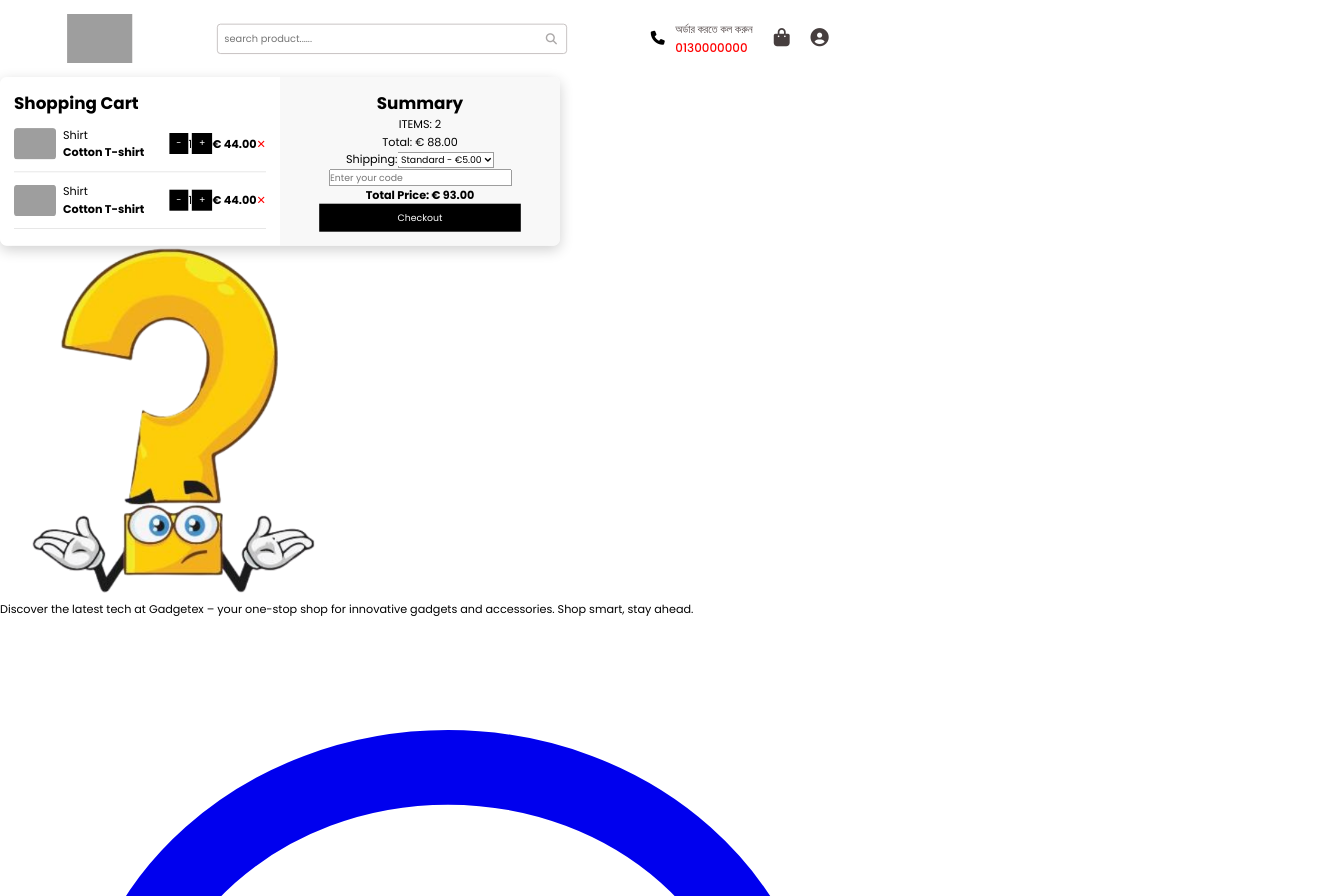
Repository: saifscripts/accessories-mart
Page: /cart
An editor plug-in stored every save of this project. The page is shown before and after the next save, followed by the edit.
The browser window is 1280 px wide. The page is 3000 px wide, then 2140 px, so the pictures cover 1920 px, including what lies to the right of the window. The pictures show the part of the page from y = 0 to 1280 px (the page is 7493 px tall before and 9213 px after), at 70% of full size.
Pictures or frames that could not be fetched are drawn as grey boxes. The page's requests for data from a server got no answer. The project was rebuilt for these pictures with package versions that can differ from the ones it lists, and the page was loaded fresh each time. No one was signed in, and anything a server would have sent is missing. Also part of the build but not shown: vite.config.js, src/App.jsx, src/components/Hero.jsx, src/components/Products.jsx, src/components/Loader.jsx, src/components/ProductSection.jsx, src/components/ProductsByClass.jsx, src/pages/Home.jsx and 2 more. Imported but missing from the stored project, and not drawn on this page: src/context/CartContext.

Above is the page before, as saved 2025-03-17 01:50:09.

### index.html
<!doctype html>
<html lang="en">

<head>
  <meta charset="UTF-8" />
  <link rel="icon" type="image/svg+xml" href="logo.png" />
  <meta name="viewport" content="width=device-width, initial-scale=1.0" />
  <title>ভাই দাম কত ?</title>
  <!-- Carousel -->
  <link rel="stylesheet" href="https://cdnjs.cloudflare.com/ajax/libs/OwlCarousel2/2.3.4/assets/owl.carousel.min.css"
    integrity="sha512-tS3S5qG0BlhnQROyJXvNjeEM4UpMXHrQfTGmbQ1gKmelCxlSEBUaxhRBj/EFTzpbP4RVSrpEikbmdJobCvhE3g=="
    crossorigin="anonymous" referrerpolicy="no-referrer" />
  <link rel="stylesheet"
    href="https://cdnjs.cloudflare.com/ajax/libs/OwlCarousel2/2.3.4/assets/owl.theme.default.min.css"
    integrity="sha512-sMXtMNL1zRzolHYKEujM2AqCLUR9F2C4/05cdbxjjLSRvMQIciEPCQZo++nk7go3BtSuK9kfa/s+a4f4i5pLkw=="
    crossorigin="anonymous" referrerpolicy="no-referrer" />
  <!-- === font-awesome icon CDN === -->
  <link rel="stylesheet" href="https://cdnjs.cloudflare.com/ajax/libs/font-awesome/6.7.2/css/all.min.css"
    integrity="sha512-Evv84Mr4kqVGRNSgIGL/F/aIDqQb7xQ2vcrdIwxfjThSH8CSR7PBEakCr51Ck+w+/U6swU2Im1vVX0SVk9ABhg=="
    crossorigin="anonymous" referrerpolicy="no-referrer" />
</head>

<body>
  <div id="root"></div>
  <script type="module" src="/src/main.jsx"></script>
  <!-- =======Jquery ======== -->
  <script src="https://cdnjs.cloudflare.com/ajax/libs/jquery/3.7.1/jquery.min.js"
    integrity="sha512-v2CJ7UaYy4JwqLDIrZUI/4hqeoQieOmAZNXBeQyjo21dadnwR+8ZaIJVT8EE2iyI61OV8e6M8PP2/4hpQINQ/g=="
    crossorigin="anonymous" referrerpolicy="no-referrer"></script>

</body>

</html>

### src/main.jsx
import { StrictMode } from 'react'
import { createRoot } from 'react-dom/client'
import './index.css'
import App from './App.jsx'
import {
  createBrowserRouter,
  RouterProvider,
} from "react-router-dom";
import Home from './pages/Home.jsx';
import Single from './pages/Single.jsx';
import MainLayout from './layout/MainLayout.jsx';
import ScrollToTop from './components/ScrollToTop.jsx';
import Cart from './pages/Cart.jsx';

const router = createBrowserRouter([
  {
    path: "/",
    element: <MainLayout />,
    children: [
      {
        path: "/",
        element: <Home />,
      },
      {
        path: "/single/:id",
        element: <Single />,
      },
      {
        path: "/cart",
        element: <Cart />,
      }
    ]
  },
]);

createRoot(document.getElementById('root')).render(
  <StrictMode>
    <RouterProvider router={router} />
  </StrictMode>,
)

### src/index.css
@import url('https://fonts.googleapis.com/css2?family=Hind+Siliguri:wght@300;400;500;600;700&family=Inter:ital,opsz,wght@0,14..32,100..900;1,14..32,100..900&display=swap');

@import url('https://fonts.googleapis.com/css2?family=Poppins:ital,wght@0,100;0,200;0,300;0,400;0,500;0,600;0,700;0,800;0,900;1,100;1,200;1,300;1,400;1,500;1,600;1,700;1,800;1,900&display=swap');

* {
  margin: 0;
  padding: 0;
  box-sizing: border-box;
  /*     font-family: "Hind Siliguri", serif; */
  font-family: "Poppins", serif;
}

ul {
  list-style-type: none;
}

a {
  text-decoration: none;
}

header {
  width: 100%;
  display: flex;
  justify-content: space-around;
  align-items: center;
  background-color: rgba(255, 255, 255, 0.125);
}

.ar-headerContainer {
  width: 85%;
  display: flex;
  justify-content: space-between;
  align-items: center;
  padding: 20px 0 20px 0;
}

.ar-headerLogo a {
  background: #aba8a8;
  display: flex;
  justify-content: start;
  height: 70px;
}

/* ===input style=== */
.ar-Search {
  display: flex;
  align-items: center;


}

.ar-Search i {
  color: #aba8a8;
}

.ar-search-icon a i {
  margin-left: -30px;
}

.ar-Search input {
  width: 500px;
  padding: 10px;
  border: 1px solid rgb(176, 169, 169);
  font-size: 14px;
  border-radius: 5px;
}

/* === MOBILE RESPONSIVE === */
@media(max-width: 768px) {
  header {
    width: 100%;
    display: flex;
    justify-content: center;
    align-items: center;
    background-color: rgba(255, 255, 255, 0.125);
  }

  .ar-headerContainer {
    width: 95%;
    display: flex;
    justify-content: space-between;
    align-items: center;
    padding: 2px 0 2px 0;
  }

  .ar-headerLogo a {
    height: 50px;
  }

  .ar-Search {
    width: 250px;
  }
}

/* === input style end === */

/* === contact style === */
.ar-contact {
  display: flex;
  justify-content: space-around;
  align-items: center;
  gap: 20px;
}

.contactPhone {
  display: flex;
  align-items: center;
  gap: 15px;
}

.ar-contactIcon i {
  font-size: 20px;

}

.ar-contact-container p {
  color: #524747;
  font-size: 16px;
  font-family: "Hind Siliguri", serif;
}

.ar-contact-container span {
  color: red;
  font-size: 17px;
  font-weight: 500;
}

.ar-cart i {
  font-size: 26px;
  margin-left: 10px;
  color: #463e3e;
}

/* === MOBILE RESPONSIVE === */
@media(max-width: 768px) {
  .ar-contact {
    display: flex;
    flex-direction: column;
    justify-content: flex-end;
    align-items: flex-end;
    gap: 0;
  }

  .ar-contactIcon i {
    display: none;
  }

  .ar-contact-container {
    text-align: end;
  }

  .ar-contact-container p {
    font-size: 15px;
    display: none;
  }

  .ar-contact-container span {
    font-size: 15px;
    display: none;
  }

  .ar-cart i {
    font-size: 16px;
  }

  .sh-add-slider-container a img {
    width: 100%;
  }
}

/* ===contact style end === */
.sh-add-slider-container img {
  width: 100%;
}



/* === SH PRODUCTS SLIDE MENU === */
.sh-products-menu-page-slider-section {
  width: 100%;
  display: flex;
  justify-content: center;
  background-color: #F5F6F7;
}

.sh-products-menu-page-slider-container {
  width: 85%;
  height: 100px;
  display: flex;
  align-items: center;
}

.item {
  width: 200px;
  height: 40px;
  display: flex;
  align-items: center;
  justify-content: center;
  border: 1px solid rgb(0, 0, 0, 0.1);
  background-color: white;
}

.item a {
  color: black;
  font-size: 16px;
}

/* === MOBILE RESPONSIVE === */
@media(max-width: 768px) {
  .sh-products-menu-page-slider-section {
    width: 100%;
    display: flex;
    justify-content: center;
  }

  .sh-products-menu-page-slider-container {
    width: 90%;
    display: flex;
    align-items: center;
  }

  .item {
    width: 150px;

  }

  .item a {
    font-size: 13px;
  }
}

/* === SH ALL PRODUCTS AND SEE MORE === */
.sh-all-productAndSee-text-section {
  width: 100%;
  display: flex;
  justify-content: center;
  background-color: #F5F6F7;
}

.sh-all-productAndSee-text-container {
  width: 85%;
  display: flex;
  justify-content: space-between;
  margin-top: 50px;
}

.sh-all-productAndSee-text-container h3 {
  font-size: 30px;
}

.sh-all-productAndSee-text-container a {
  width: 90px;
  height: 40px;
  display: flex;
  align-items: center;
  justify-content: center;
  background-color: white;
  border: 1px solid green;
  border-radius: 5px;
  color: green;
}

/* === MOBILE RESPONSIVE === */
@media(max-width: 768px) {
  .sh-all-productAndSee-text-section {
    width: 100%;
  }

  .sh-all-productAndSee-text-container {
    width: 95%;
    margin-top: 0;
  }
}

/* === SH DAIMOND PRODUCTS === */
.sh-daimond-section {
  width: 100%;
  display: flex;
  justify-items: center;
  justify-content: center;
  background: #F5F6F7;
  padding-top: 40px;
  padding-bottom: 40px;
}

/* === SH DAIMOND PRODUCT CONTAINER === */
.sh-daimond-product-container {
  width: 85%;
  gap: 20px;
  display: grid;
  grid-template-columns: auto auto auto auto;
}

.sh-daimond-product img {
  width: 100%;
  height: 100%;
}

/* === REPONSIVE FOR MOBILE === */
@media(max-width: 768px) {
  .sh-daimond-product-container {
    width: 95%;
    display: grid;
    grid-template-columns: auto auto;
    column-gap: 10px;
    row-gap: 10px;
  }
}

/* === SH DAIMOND CONTAINER === */
.sh-daimond-container {
  display: flex;
  justify-content: space-between;
  position: relative;
  flex-direction: column;
  width: 350px;
  min-height: 380px;
  min-height: 400px;
  background: white;
  border-radius: 10px;
  box-shadow: 3px 3px 5px 5px rgb(0, 0, 0, 0.1);
}

/* === SH DAIMOND PRODUCT IMAGE === */
.sh-daimond-product img {
  width: 100%;
  border-radius: 10px 10px 0 0;
}

/* === SH PRODUCT DISCOUNT PRICE === */
.sh-product-discount-price {
  width: 60px;
  display: flex;
  position: absolute;
  align-items: center;
  justify-content: center;
  border-radius: 50px;
  font-size: 16px;
  color: white;
  background: #DC3545;
  margin: 10px;
}

/* === SH PRODUCTS DETAILS === */
.sh-product-details {
  height: 120px;
  padding: 8px;
}

/* === SH PRODUCT NAME === */
.sh-product-name a h4 {
  font-size: 15px;
  font-weight: 400;
  color: black;
  line-height: 1.5em;
  height: 60px;
}

@media(max-width: 768px) {
  .sh-product-name a h4 {
    font-size: 14px;
  }

  .sh-product-details {
    height: 100px;
  }
}

/* === SH PRODUCTS PRICES === */
.sh-products-prices {
  display: flex;
  height: 30px;
  margin-top: 8px;
  gap: 10px;
}

/* === SH LESS PRICE === */
.sh-less-price p {
  font-size: 15px;
  color: #DC3545;
}

/* === SH REGULAR PRICE === */
.sh-regular-price p {
  font-size: 15px;
  color: gray;
  text-decoration: line-through;
}

@media(max-width: 768px) {
  .sh-less-price p {
    font-size: 14px;
  }

  .sh-regular-price p {
    font-size: 14px;
  }
}

/* === SH ORDER NOW BUTTON === */
.sh-order-korun-button {
  width: 100%;
  position: relative;
  display: flex;
  align-items: center;
  justify-content: center;
  border-radius: 0 0 10px 10px;
}

.sh-order-korun-button button {
  width: 100%;
  cursor: pointer;
}

.sh-btn-style {
  padding: 4px 10px;
  border: none;
}

.sh-btn-cartbg {
  border-radius: 0 0 0 10px;
  transition: all 0.3s ease-in-out;
  background: #FFBF00;
}

.sh-btn-cartbg:hover {
  background: #e7ae04;
}

.sh-btn-orderbg {
  border-radius: 0 0 10px 0;
  transition: all 0.3s ease-in-out;
  background: #FF7F50;
}

.sh-btn-orderbg:hover {
  background: #f3632e;
}

.sh-order-korun-button a {
  color: white;
  font-size: 16px;
  font-family: "Hind Siliguri", serif;
}

/* .sh-addcart::before{
    content: "";
    position: absolute;
    visibility: hidden;
    background: #34495e;
    margin-top: -40px;
    margin-left: -55px;
    padding: 6px 12px;
    border-radius: 3px;
    color: white;
    transition: visibility 0.3s ease, opacity 0.3s ease;
} */
/* .sh-addcart::before{
    content: "";
    position: absolute;
    visibility: hidden;
    background: #34495e;
    margin-top: -40px;
    margin-left: -55px;
    padding: 6px 12px;
    border-radius: 3px;
    color: white;
    transition: all 0.5s ease-in-out;
} */
/*  .sh-addcart{
    transition: all 0.5s ease-in-out;
 } */
.sh-btn-cartbg:hover::before {
  position: absolute;
  content: "Add to Cart";
  background-color: #34495e;
  visibility: visible;
  color: white;
  padding: 6px 12px;
  margin-top: -40px;
  margin-left: -40px;
  border-radius: 3px;
  opacity: 1;
}

/* === footer === */

.footer {
  width: 85%;
}

.footer-container {
  gap: 20px;
  display: flex;
  justify-content: space-between;
}

.footer-section h3 {
  font-size: 25px;
  margin-bottom: 10px;
}

.footer-section p,
.footer-section a {
  font-size: 14px;
  line-height: 25px;
  color: black;
  margin-bottom: 5px;
}

.footer-logo h1 {
  font-family: "Urbanist", serif;
  font-size: 40px;
}

.footer-bg {
  width: 100%;
  padding-bottom: 30px;
  padding-top: 50px;
  justify-items: center;
  background-color: white;
}

/* === MOBILE RESPONSIVE === */
/* === FOOTER === */
@media (max-width: 768px) {
  .footer {
    display: grid;
    width: 430px;
    padding-left: 20px;
  }

  .footer-container {
    display: grid;
  }

  .footer-section p,
  .footer-section a {
    font-size: 14px;
    line-height: 20px;
    color: black;
  }

  .footer-section h3 {
    font-size: 16px;
    margin-bottom: 5px;
  }

  .sh-order-korun-button a {
    font-size: 0.875em;
  }

  .sh-btn-cartbg:hover::before {
    position: absolute;
    content: "Add to Cart";
    background-color: #34495e;
    visibility: visible;
    color: white;
    font-size: 0.875em;
    padding: 6px;
    margin-top: -47px;
    margin-left: -32px;
    border-radius: 3px;
    opacity: 1;
  }

}

.sm-email-section {
  display: flex;
  margin-top: 20px;
}

.email-form {
  display: flex;
  flex-direction: column;
  gap: 10px;
}

.sm-email-section input {
  background-color: white;
  width: 318px;
  padding: 12px;
  border: 1px solid #ccc;
  border-radius: 4px;
}

.sm-email-section button {
  width: 100px;
  padding: 12px;
  background-color: black;
  color: #fff;
  border: none;
  border-radius: 4px;
  cursor: pointer;
}

.footer-bottom-content {
  display: flex;
  align-items: center;
  margin-top: 50px;
  justify-content: space-between;

}

/* Home-Slider */
.sh-add-slider-container {
  text-align: center;
  margin-bottom: 20px;
}

.sh-add-slider-container img {
  max-width: 100%;
  height: auto;
}

.slider-wrapper {
  overflow: hidden;
  width: 85%;
  /* 4 items * 210px width each */
  margin: auto;
  padding-bottom: 10px;
}

.slider-track {
  display: flex;
  transition: transform 0.5s ease-in-out;
}

.slider-item {
  min-width: 200px;
  text-align: center;
  background-color: white;
  padding: 10px;
  border-radius: 8px;
  box-shadow: 2px 4px 6px rgba(0, 0, 0, 0.1);
  margin-left: 10px;
  margin-right: 10px;
}

.hero-slider {
  margin-bottom: 50px;
}

/* Single Product Page */
.OrderProcessSection {
  width: 100%;
  background-color: #F5F6F7;
  display: flex;
  justify-content: center;
  margin-top: 0px;
  padding: 40px 0 40px 0;
}

.orderProcessContainer {
  width: 85%;
  display: flex;
  justify-content: space-between;
}

.productImage {
  display: flex;
  width: 35%;
  padding: 10px;
  border: 1px solid rgba(155, 153, 153, 0.258);
  background-color: #fff;
  border-radius: 5px;
  box-shadow: 5px 5px 40px 0.3px rgba(209, 208, 208, 0.221);
  height: 430px;
}

.productImage img {
  display: flex;
  width: 100%;
  border: 1px solid rgba(155, 153, 153, 0.258);
  border-radius: 5px;
  box-shadow: 5px 5px 40px 0.3px rgba(209, 208, 208, 0.221);
}

/* === MOBILE RESPONSIVE === */
@media(max-width: 768px) {
  .OrderProcessSection {
    width: 100%;
    display: flex;
    justify-content: center;
    margin-top: 30px;
    padding: 10px 10px 10px 10px;
  }

  .orderProcessContainer {
    width: 99%;
    display: flex;
    flex-direction: column;
    justify-content: center;
  }

  .productImage {
    width: 100%;
    padding: 10px;
    border: 1px solid rgba(155, 153, 153, 0.258);
    background-color: #fff;
    border-radius: 5px;
    box-shadow: 5px 5px 40px 0.3px rgba(209, 208, 208, 0.221);
    margin-bottom: 20px;
  }

  .productImage img {
    display: flex;
    width: 100%;
    border: 1px solid rgba(155, 153, 153, 0.258);
    border-radius: 5px;
    box-shadow: 5px 5px 40px 0.3px rgba(209, 208, 208, 0.221);
  }
}

/*=== productImage end === */

/*==== ar-productOrder ====*/

.ar-productOrder {
  width: 63%;
  border: 1px solid rgba(155, 153, 153, 0.258);
  background-color: #ffffff;
  border-radius: 5px;
  padding: 15px;
  box-shadow: 5px 5px 40px 0.3px rgba(209, 208, 208, 0.221);
}

.for-contact h1 {
  font-size: 27px;
  font-weight: 600;
  margin-bottom: 10px;
}

.for-contact strong {
  color: red;
  font-size: 25px;
  font-weight: 600;
}

.for-contact del {
  font-size: 23px;
  color: #818c97;
}

/* === orderBtn=== */
.orderBuy {
  display: flex;
  gap: 30px;
  margin-top: 20px;
}

.orderBuy a {
  width: 830px;
  display: flex;
  justify-content: center;
  align-items: center;
  height: 45px;
  font-size: 18px;
  border-radius: 5px;
  border: none;
  color: #ffff;
}


.callBtn button {
  width: 100%;
  height: 45px;
  margin-top: 10px;
  font-size: 18px;
  background-color: #0D6EFD;
  color: #ffff;
  border: none;
  border-radius: 5px;
}

/* === productCode===  */
.productCode {
  margin-top: 20px;
  font-size: 20px;
}

/* ===deliveryCause === */
.deliveryCause {
  margin-top: 50px;
}

.dhakaIn {
  display: flex;
  justify-content: space-between;
  font-size: 18px;
}

.dhakaOut {
  display: flex;
  justify-content: space-between;
  font-size: 18px;
}


/* === MOBILE RESPONSIVE === */
@media(max-width: 768px) {
  .ar-productOrder {
    width: 100%;
    border: 1px solid rgba(155, 153, 153, 0.258);
    background-color: #ffffff;
    border-radius: 5px;
    padding: 10px;
    box-shadow: 5px 5px 40px 0.3px rgba(209, 208, 208, 0.221);
  }

  .for-contact h1 {
    font-size: 20px;
    font-weight: 600;
    margin-bottom: 5px;
  }

  .for-contact strong {
    font-size: 20px;
    font-weight: 600;
  }

  .for-contact del {
    font-size: 20px;
    color: #818c97;
  }

  .orderBuy {
    display: flex;
    gap: 20px;
  }

  .orderBuy a {
    width: 50%;
    height: 45px;
    font-size: 18px;
    border-radius: 5px;
    border: none;
    color: #ffff;
  }

  .callBtn button {
    width: 100%;
    height: 45px;
    margin-top: 10px;
    font-size: 18px;
    background-color: #0D6EFD;
    color: #ffff;
    border: none;
    border-radius: 5px;
  }

  .productCode {
    margin-top: 10px;
    font-size: 18px;
  }

  .deliveryCause {
    margin-top: 20px;
  }
}





/*==== ar-productOrder end====*/






/* === discription === */

.discriptionContainer {
  width: 100%;
  background-color: #F5F6F7;
  display: flex;
  justify-content: center;
  padding-top: 50px;
  padding-bottom: 50px;
}

.descriptionSection {
  display: flex;
  justify-content: start;
  gap: 30px;
  width: 85%;
  line-height: 35px;
}

.discription {
  width: 100%;
  background-color: #DB991B;
  border-radius: 5px 5px 0px 0px;
}

.discription h1 {
  color: #ffffff;
  font-size: 18px;
  margin-left: 20px;

}

.mainDescription {
  background-color: #FFFFFF;
  padding: 20px;
}

.mainDescription p {
  font-size: 18px;
}

.mainDescription span {
  font-size: 18px;
}

/* === MOBILE DISCRIPTION === */
@media(max-width: 768px) {
  .discriptionContainer {
    width: 100%;
    background-color: #F5F6F7;
    display: flex;
    justify-content: center;
    margin-top: 20px;
  }

  .descriptionSection {
    display: flex;
    justify-content: start;
    width: 95%;
    line-height: 30px;
  }

  .mainDescription p {
    font-size: 15px;
  }
}


@media(max-width: 768px) {
  .footer-bottom {
    display: none;
  }

}

@media(max-width: 768px) {
  .sm-hide-for-mobile {
    display: none;
  }
}

@media(max-width: 768px) {
  .footer-bg {
    height: 100%;
    padding-top: 50px;
    margin-top: 60px;
  }
}


/* My Codes Updated */
.sh-daimond-section .sh-daimond-product img {
  height: 250px!important;
  padding: 30px;
}

/* Loader */
/* Fullscreen Loader */
.loader-container {
  position: fixed;
  top: 0;
  left: 0;
  width: 100%;
  height: 100vh;
  display: flex;
  flex-direction: column;
  justify-content: center;
  align-items: center;
  background: rgba(0, 0, 0, 0.8);
  color: white;
  font-size: 1.2rem;
  z-index: 1000;
}

/* Loader Animation */
.spinner {
  width: 50px;
  height: 50px;
  border: 6px solid #fff;
  border-top: 6px solid #3498db;
  border-radius: 50%;
  animation: spin 1s linear infinite;
  margin-bottom: 10px;
}

@keyframes spin {
  0% {
    transform: rotate(0deg);
  }

  100% {
    transform: rotate(360deg);
  }
}

/* Content Styling */
.content {
  padding: 20px;
  text-align: center;
}
/* Cart Page */
/* General Styles */
.body{
  min-height: 100vh;
}

/* Two Column Layout */
.container {
  display: flex;
  width: 90%;
  max-width: 800px;
  background: white;
  box-shadow: 0 6px 20px rgba(0, 0, 0, 0.19);
  border-radius: 10px;
  overflow: hidden;
}

/* Columns */
.column {
  flex: 1;
  padding: 20px;
}

.column:first-child {
  background: white;
}

.column:last-child {
  background: #f8f8f8;
  text-align: center;
}

/* Cart Items */
.cart-item {
  display: flex;
  align-items: center;
  justify-content: space-between;
  border-bottom: 1px solid #ddd;
  padding: 15px 0;
}

.cart-item img {
  width: 60px;
  height: auto;
  border-radius: 5px;
}

.item-details {
  flex-grow: 1;
  margin-left: 10px;
}

.item-name {
  font-weight: bold;
}

.quantity {
  display: flex;
  align-items: center;
}

.quantity button {
  padding: 5px 10px;
  border: none;
  background: #000;
  color: white;
  cursor: pointer;
}

.price {
  font-weight: bold;
}

.remove {
  color: red;
  cursor: pointer;
}

/* Summary Section */
.summary select, .summary input {
  width: 80%;
  padding: 8px;
  margin: 10px 0;
  border: 1px solid #ccc;
}

button {
  background: #000;
  color: white;
  padding: 10px;
  border: none;
  cursor: pointer;
  width: 80%;
}

/* Responsive Design */
@media (max-width: 768px) {
  .container {
      flex-direction: column;
  }

  .column {
      width: 100%;
  }
}

### src/layout/MainLayout.jsx
import React from 'react';
import Header from '../components/Header';
import { Outlet } from 'react-router-dom';
import MainFooter from '../components/MainFooter';
import ScrollToTop from '../components/ScrollToTop';

const MainLayout = () => {
    return (
        <div>
            <Header />
            <ScrollToTop />
            <Outlet />
            <MainFooter />
        </div>
    );
};

export default MainLayout;

Loaded but not shown: src/components/ScrollToTop.jsx (common file); src/components/MainFooter.jsx (164 lines, source omitted); src/pages/Cart.jsx (56 lines, source omitted); src/components/Header.jsx (45 lines, source omitted); src/App.css (no stored copy; drawn as an empty file)

After the next save:
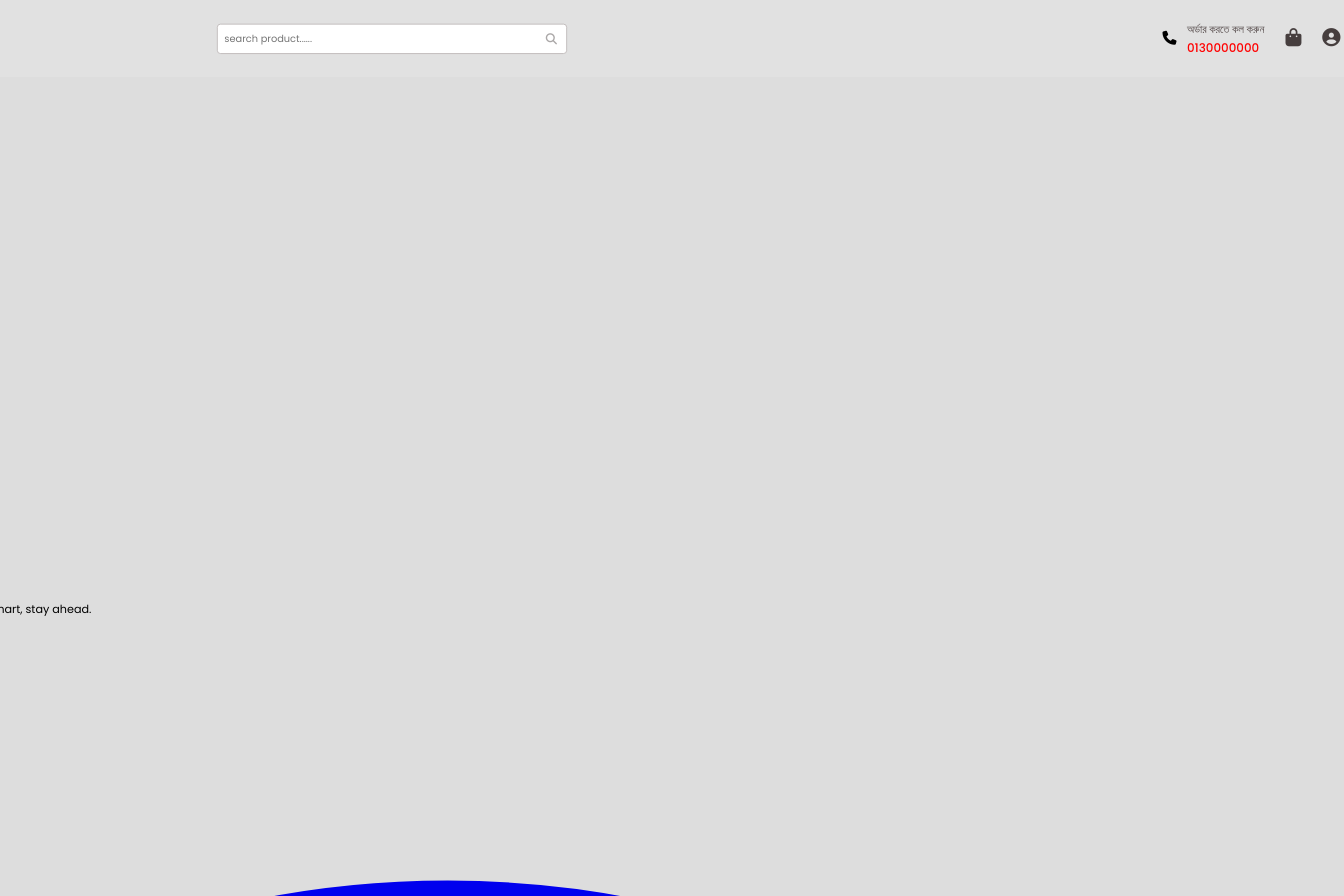
Saved 11 s later.
--- a/src/index.css
+++ b/src/index.css
@@ -1013,7 +1013,14 @@ header {
 }
 /* Cart Page */
 /* General Styles */
-.body{
+body {
+  font-family: Arial, sans-serif;
+  background: #ddd;
+  margin: 0;
+  padding: 0;
+  display: flex;
+  justify-content: center;
+  align-items: center;
   min-height: 100vh;
 }
 
